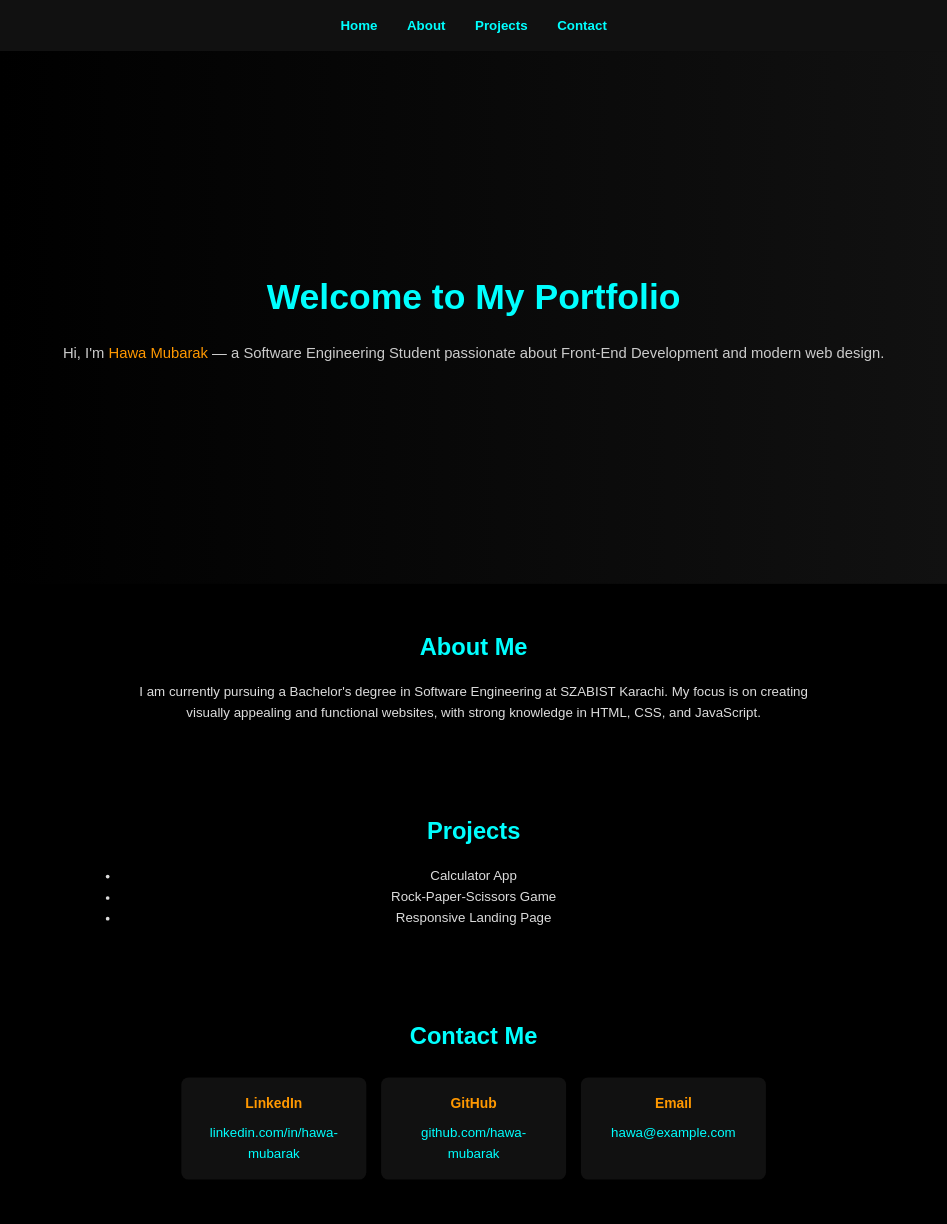
Repository: hawamubarakk/my-portfolio
Page: index.html
These files come from the project's save history. The page is drawn as it stood at one moment and after the next save; the edit follows.
The browser window is 1280 px wide. The pictures show the whole page, at 74% of full size.

Above is the page before, as saved 2025-08-12 17:24:48.

After the next save:
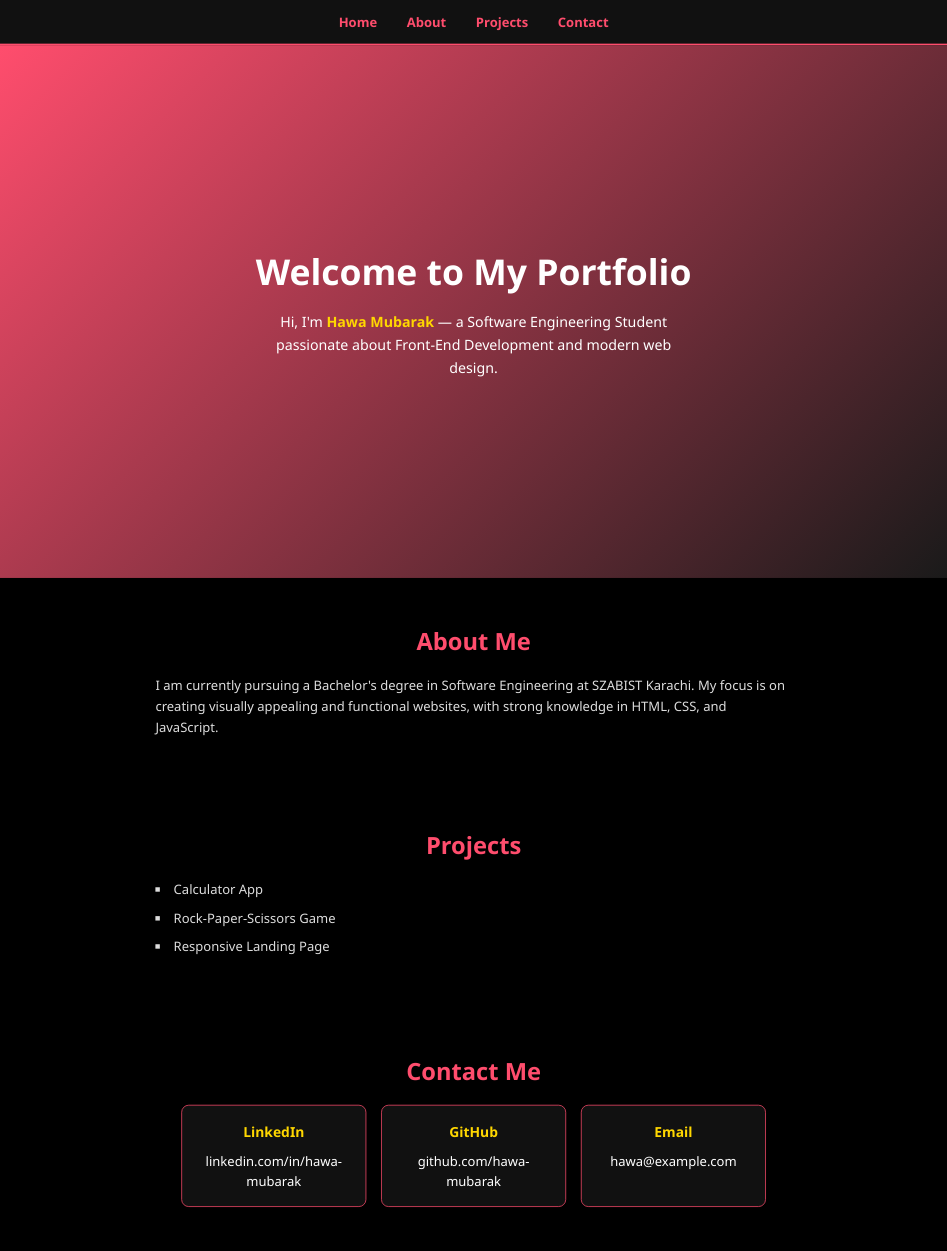
Saved 3 min 18 s later.
--- a/css/style.css
+++ b/css/style.css
@@ -1,4 +1,4 @@
-/* Reset */
+/* General Reset */
 * {
     margin: 0;
     padding: 0;
@@ -7,8 +7,8 @@
 
 /* Body Styling */
 body {
-    font-family: 'Arial', sans-serif;
-    background-color: #000;
+    font-family: 'Segoe UI', sans-serif;
+    background-color: #000; /* Black background */
     color: #fff;
     line-height: 1.6;
 }
@@ -19,8 +19,8 @@ body {
     display: flex;
     justify-content: center;
     background-color: #111;
-    padding: 20px 0;
-    font-size: 18px;
+    padding: 15px 0;
+    border-bottom: 2px solid #ff4d6d; /* Pink border */
 }
 
 .navbar li {
@@ -28,21 +28,21 @@ body {
 }
 
 .navbar a {
+    color: #ff4d6d; /* Pink text */
     text-decoration: none;
-    color: #00ffff;
     font-weight: bold;
-    transition: color 0.3s ease, text-shadow 0.3s ease;
+    font-size: 1.1em;
+    transition: color 0.3s ease;
 }
 
 .navbar a:hover {
-    color: #ff9800;
-    text-shadow: 0 0 10px #ff9800;
+    color: #fff;
 }
 
 /* Hero Section */
 .hero {
     height: 100vh;
-    background: linear-gradient(to right, #000, #111);
+    background: linear-gradient(135deg, #ff4d6d, #1a1a1a);
     display: flex;
     align-items: center;
     justify-content: center;
@@ -50,74 +50,96 @@ body {
     padding: 0 20px;
 }
 
-.hero h1 {
-    font-size: 48px;
-    color: #00ffff;
-    margin-bottom: 20px;
+.hero-content h1 {
+    font-size: 3em;
+    margin-bottom: 15px;
+    animation: fadeInDown 1s ease-in-out;
 }
 
-.hero p {
-    font-size: 20px;
-    color: #ccc;
+.hero-content p {
+    font-size: 1.2em;
+    max-width: 600px;
+    animation: fadeInUp 1.5s ease-in-out;
 }
 
-.hero span {
-    color: #ff9800;
+.hero-content span {
+    color: #ffd700; /* Gold highlight */
+    font-weight: bold;
 }
 
 /* Section Styling */
 .section {
     padding: 60px 20px;
-    max-width: 1000px;
+    max-width: 900px;
     margin: auto;
 }
 
 .section h2 {
-    font-size: 32px;
+    color: #ff4d6d;
+    text-align: center;
     margin-bottom: 20px;
-    color: #00ffff;
-    text-align: center;
+    font-size: 2em;
 }
 
-.section p, .section ul {
-    font-size: 18px;
+.section p,
+.section ul {
+    font-size: 1.1em;
     color: #ddd;
-    text-align: center;
 }
 
-/* Contact Section */
+/* Projects List */
+#projects ul {
+    list-style: square inside;
+}
+
+#projects li {
+    margin: 10px 0;
+}
+
+/* Contact Boxes */
 .contact-boxes {
     display: flex;
+    flex-wrap: wrap;
+    gap: 20px;
     justify-content: center;
-    gap: 20px;
-    flex-wrap: wrap;
-    margin-top: 30px;
 }
 
 .contact-box {
     background-color: #111;
     padding: 20px;
     border-radius: 10px;
+    width: 250px;
     text-align: center;
-    width: 250px;
-    transition: transform 0.3s ease, box-shadow 0.3s ease;
+    transition: transform 0.3s ease, background-color 0.3s ease;
+    border: 1px solid #ff4d6d;
 }
 
 .contact-box:hover {
-    transform: scale(1.05);
-    box-shadow: 0 0 20px #00ffff;
+    transform: translateY(-5px);
+    background-color: #ff4d6d;
 }
 
 .contact-box h3 {
-    color: #ff9800;
     margin-bottom: 10px;
+    color: #ffd700;
 }
 
 .contact-box a {
-    color: #00ffff;
+    color: #fff;
     text-decoration: none;
 }
 
 .contact-box a:hover {
     text-decoration: underline;
 }
+
+/* Animations */
+@keyframes fadeInDown {
+    from { opacity: 0; transform: translateY(-20px); }
+    to { opacity: 1; transform: translateY(0); }
+}
+
+@keyframes fadeInUp {
+    from { opacity: 0; transform: translateY(20px); }
+    to { opacity: 1; transform: translateY(0); }
+}
